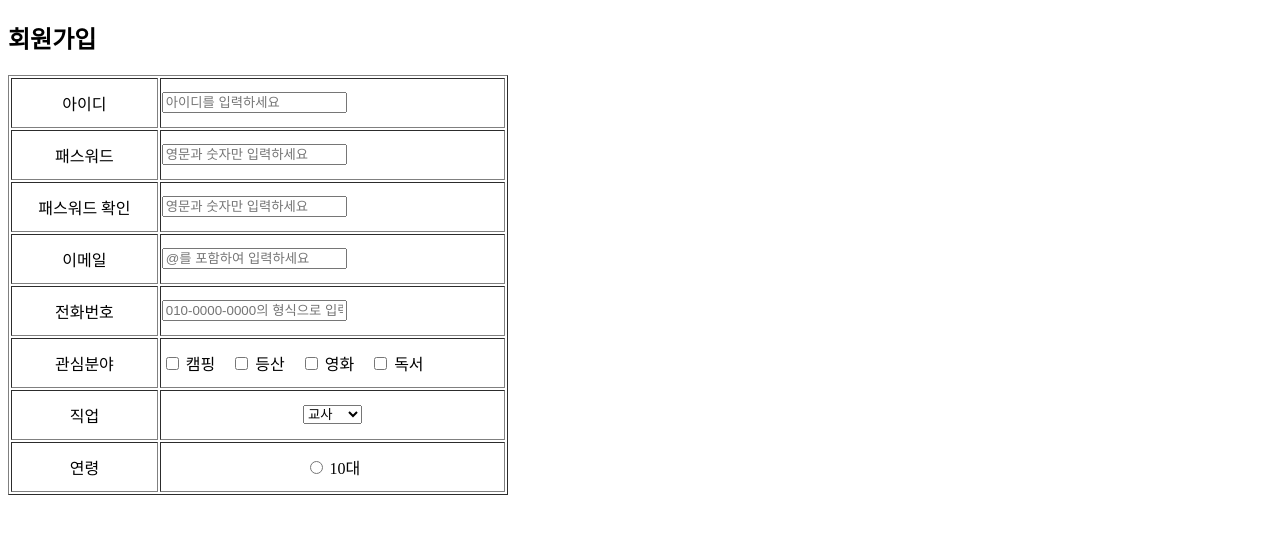
Repository: ohseung-web/OTjsp2026
Page: http://localhost/chapter/Request/RequestJoin.jsp
These files come from the project's save history. The page is drawn as it stood at one moment and after the next save; the edit follows.
The browser window is 1280 px wide. The pictures show the whole page.
The page is served by Tomcat 9.

Above is the page before, as saved 2026-10-18 01:34:13.

### chapter/src/main/webapp/Request/RequestJoin.jsp
<%@ page language="java" contentType="text/html; charset=UTF-8"
    pageEncoding="UTF-8"%>
<!DOCTYPE html>
<html>
<head>
<meta charset="UTF-8">
<title>Insert title here</title>
</head>
<body>
	<h2> 회원가입 </h2>
	<form action="RequestJoinProc.jsp" method="post">
		<table  width="500" border="1">
			<tr height="50">
				<td width="150" align="center">아이디</td>
				<td width="350">
					<input type="text" name="id" placeholder="아이디를 입력하세요">
				</td>
			</tr>
			<tr height="50">
				<td width="150" align="center">패스워드</td>
				<td width="350">
					<input type="password" name="pass" placeholder="영문과 숫자만 입력하세요">
				</td>
			</tr>
			<tr height="50">
				<td width="150" align="center">패스워드 확인</td>
				<td width="350">
					<input type="password" name="passchk" placeholder="영문과 숫자만 입력하세요">
				</td>
			</tr>
			<tr height="50">
				<td width="150" align="center">이메일</td>
				<td width="350">
					<input type="email" name="email" placeholder="@를 포함하여 입력하세요">
				</td>
			</tr>
			<tr height="50">
				<td width="150" align="center">전화번호</td>
				<td width="350">
					<input type="tel" name="tel" placeholder="010-0000-0000의 형식으로 입력하세요">
				</td>
			</tr>
			<tr height="50">
				<td width="150" align="center">관심분야</td>
				<td width="350">
					<input type="checkbox" name="hobby" value="캠핑" id="camping">
					<label for="camping">캠핑</label> &nbsp;&nbsp;
					<input type="checkbox" name="hobby" value="등산" id="mount">
					<label for="mount">등산</label> &nbsp;&nbsp;
					<input type="checkbox" name="hobby" value="캠핑" id="movie">
					<label for="movie">영화</label> &nbsp;&nbsp;
					<input type="checkbox" name="hobby" value="캠핑" id="book">
					<label for="book">독서</label> &nbsp;&nbsp;
				</td>
			</tr>
			<tr height="50">
				<td width="150" align="center">직업</td>
				<td width="350" align="center">
					<select name="job">
						<option value="교사">교사
						<option value="변호사">변호사
						<option value="의사">의사
						<option value="기술사">기술사
					</select>
				</td>
			</tr>
			<tr height="50">
				<td width="150" align="center">연령</td>
				<td width="350" align="center">
					<input type="radio" name="age" value="10대" id="teenage">
					<label for="teenage">10대</label>
				</td>
			</tr>
		</table>

	</form>
</body>
</html>

After the next save:
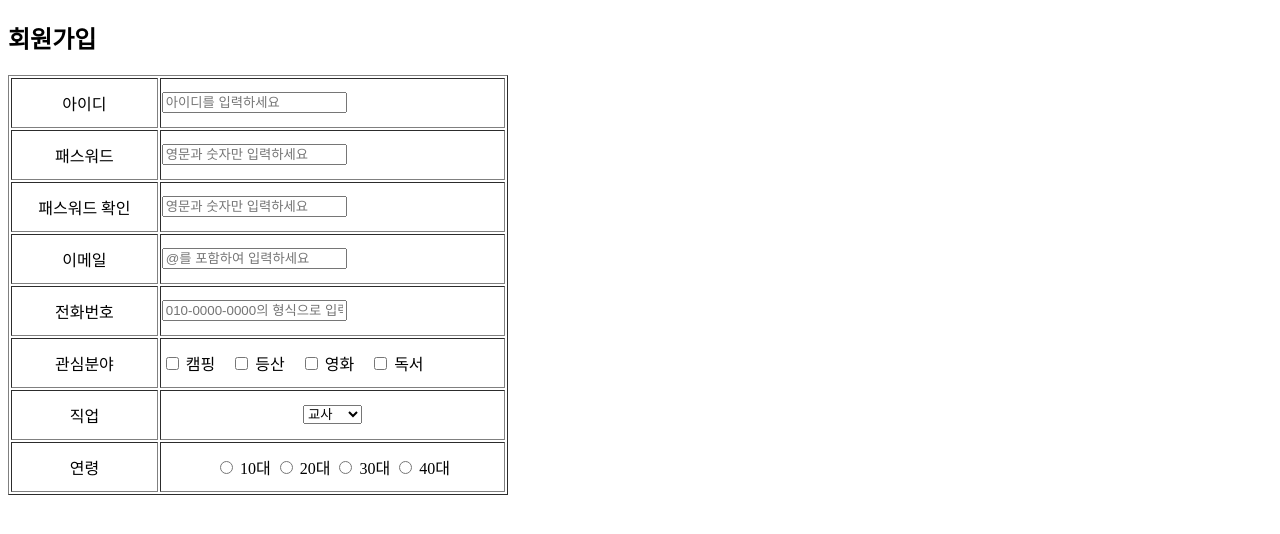
Saved 58 min 34 s later.
--- a/chapter/src/main/webapp/Request/RequestJoin.jsp
+++ b/chapter/src/main/webapp/Request/RequestJoin.jsp
@@ -69,6 +69,12 @@
 				<td width="350" align="center">
 					<input type="radio" name="age" value="10대" id="teenage">
 					<label for="teenage">10대</label>
+					<input type="radio" name="age" value="10대" id="twenty">
+					<label for="twenty">20대</label>
+					<input type="radio" name="age" value="10대" id="thirty">
+					<label for="thirty">30대</label>
+					<input type="radio" name="age" value="10대" id="forty">
+					<label for="forty">40대</label>
 				</td>
 			</tr>
 		</table>
